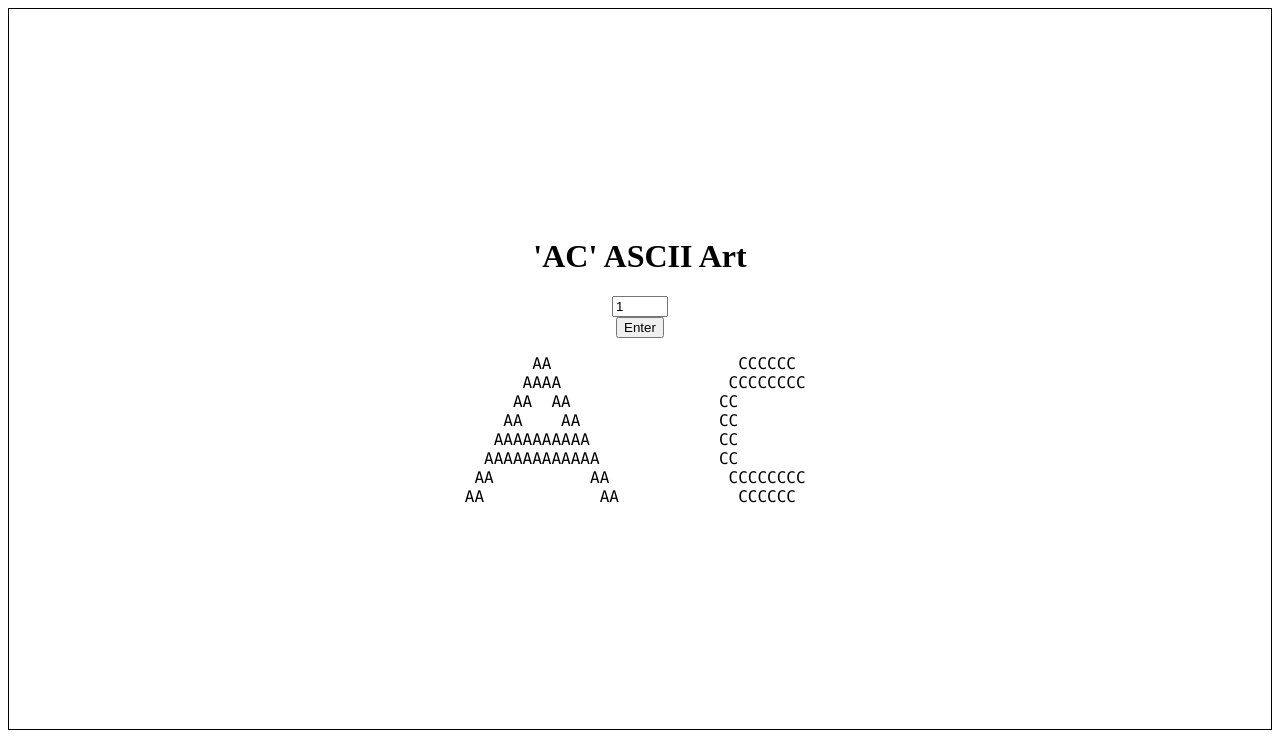
Repository: Achorn/ascii-art
Page: index.html
An editor plug-in stored every save of this project. The page is shown before and after the next save, followed by the edit.
The browser window is 1280 px wide. The pictures show the whole page.

Above is the page before, as saved 2021-08-10 08:56:52.

After the next save:
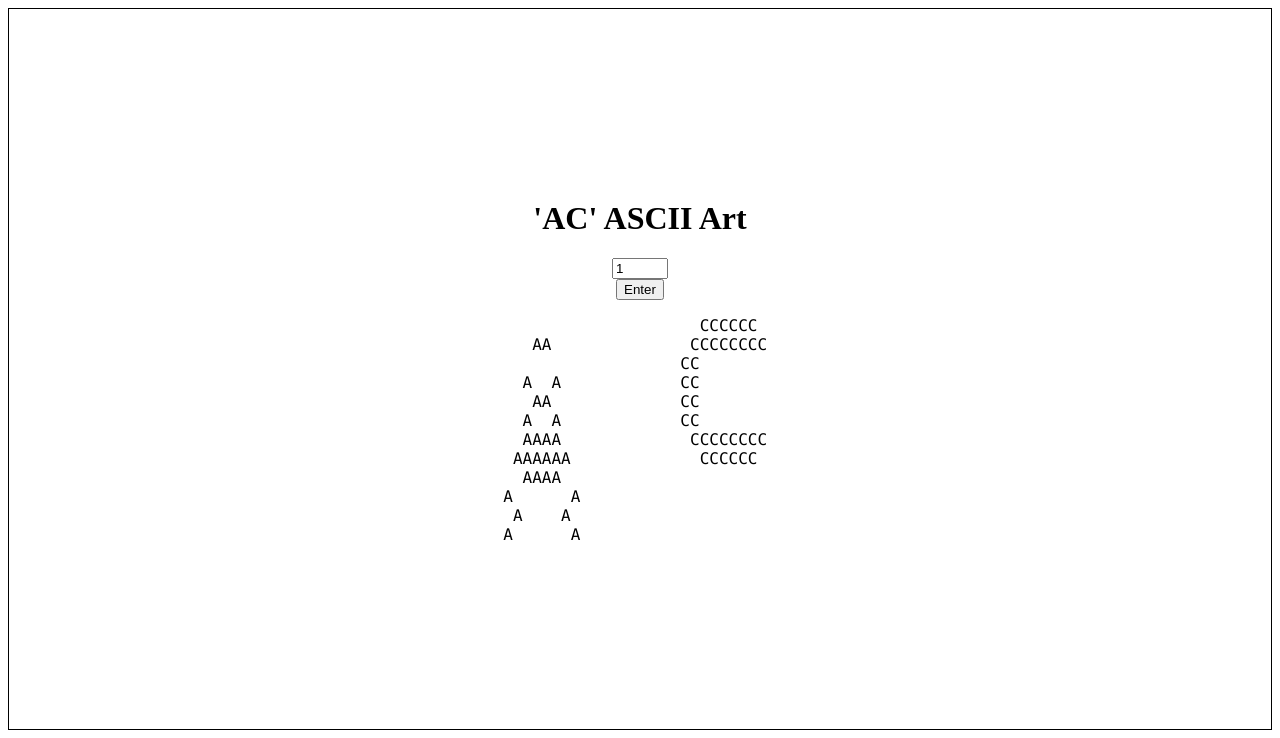
Saved 37 s later.
--- a/myscripts.js
+++ b/myscripts.js
@@ -133,7 +133,8 @@ let scaleInput = document.getElementById("scale-input");
 //A
 let scale = 2;
 
-let scaledFour = scaleSpread([...fourA], scale);
+let scaledFour = [...fourA];
+scaleTheArray(scaledFour, scale);
 trimA(scaledFour, scale);
 
 //C
